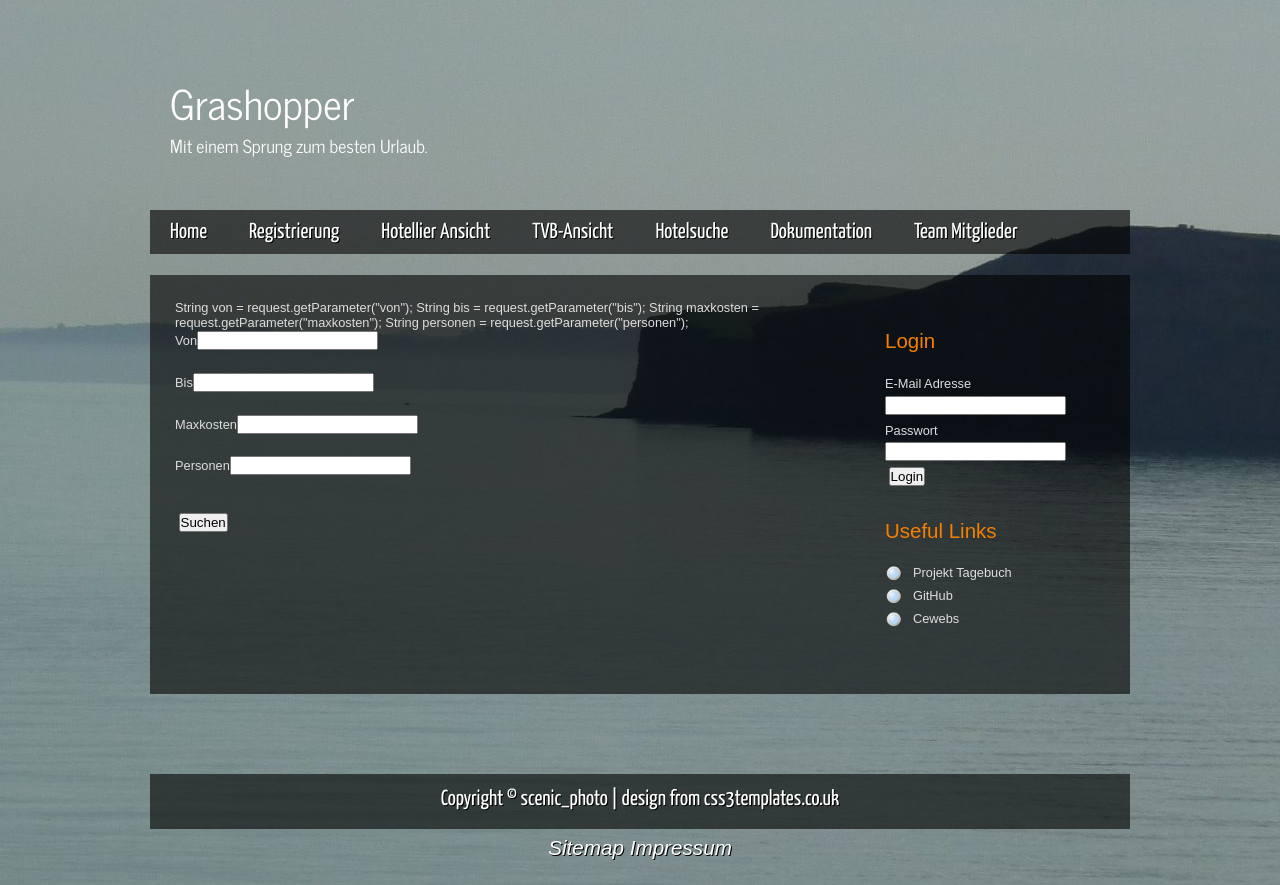
Repository: swe2013hotel2/grashopper
Page: http://localhost/Grasshopper/SearchPage.jsp
These files come from the project's save history. The page is drawn as it stood at one moment and after the next save; the edit follows.
The browser window is 1280 px wide. The pictures show the whole page.
Backgrounds fixed to the window are drawn as part of the page. The page is served by Tomcat 9. Other server files are loaded and not shown.

Above is the page before, as saved 2013-12-11 11:21:39.
Console error: ReferenceError: jQuery is not defined

### workspaceJSP2/Grasshopper/WebContent/SearchPage.jsp
<%@include file="header_template.jsp" %>



 <form action="SearchPage" action="SearchPage" method="post">

			String von = request.getParameter("von");
			String bis = request.getParameter("bis");
			String maxkosten = request.getParameter("maxkosten");
			String personen = request.getParameter("personen");

         <p><span>Von</span><input type="text" name="von" value="" /></p>
		 <p><span>Bis</span><input type="text" name="bis" value="" /></p>
       	 <p><span>Maxkosten</span><input type="text" name="maxkosten" value="" /></p>
      	 <p><span>Personen</span><input type="text" name="personen" value="" /></p>

        <p style="padding-top: 15px"><span>&nbsp;</span><input class="submit" type="submit" name="name" value="Suchen" onclick="redirect()"></p>

    </form>

<%@include file="footer_template.jsp" %>

### workspaceJSP2/Grasshopper/WebContent/header_template.jsp


<%String activePage = (String)request.getParameter("activePage"); %>

     <!DOCTYPE HTML>
<html>

<head>
  <title>Grashopper</title>
  <meta name="description" content="website description" />
  <meta name="keywords" content="website keywords, website keywords" />
  <meta http-equiv="content-type" content="text/html; charset=UTF-8" />
  <link rel="stylesheet" type="text/css" href="./css/style.css" />
  <!-- modernizr enables HTML5 elements and feature detects -->
  <script type="text/javascript" src="js/modernizr-1.5.min.js"></script>

</head>

<body>
  <div id="main">
    <header>
      <div id="logo">
        <div id="logo_text">
          <!-- class="logo_colour", allows you to change the colour of the text -->
          <h1><a href="index.jsp"> Grashopper </a></h1>
          <h2>Mit einem Sprung zum besten Urlaub.</h2>
        </div>
      </div>
      <nav>
        <div id="menu_container">
          <ul class="sf-menu" id="nav">

            <%if(activePage!=null && activePage.equals("index")) {%>
            	 <li><a href="index.jsp"  class="highlighted">Home</a></li>
            <%}
            else{ %>
             	<li><a href="index.jsp"  >Home</a></li>
            <%} %>

<%-- ------------------------------------------------------------------------------------------------------ --%>

            <%if(activePage!=null && activePage.equals("Registrierung")) {%>
            	<li><a href="Registrierung.jsp" class="highlighted">Registrierung</a></li>
            <%}
            else{ %>
             	<li><a href="Registrierung.jsp" >Registrierung</a></li>
            <%} %>
<%-- ------------------------------------------------------------------------------------------------------ --%>

            <%if(activePage!=null && activePage.equals("Hotellieransicht")) {%>
            	  <li><a href="Hotellieransicht.jsp" class="highlighted" >Hotellier Ansicht</a></li>
            <%}
            else{ %>
             	 <li><a href="Hotellieransicht.jsp" >Hotellier Ansicht</a></li>
            <%} %>
 <%-- ------------------------------------------------------------------------------------------------------ --%>

            <%if(activePage!=null && activePage.equals("TVBAnsicht")) {%>
            	  <li><a href="TVBansicht.jsp" class="highlighted" >TVB-Ansicht</a></li>
            <%}
            else{ %>
             	 <li><a href="TVBansicht.jsp" >TVB-Ansicht</a></li>
            <%} %>
 <%-- ------------------------------------------------------------------------------------------------------ --%>

            <%if(activePage!=null && activePage.equals("Hotelsuche")) {%>
            	  <li><a href="Hotelsuche.jsp"  >Hotelsuche</a></li>
            <%}
            else{ %>
             	 <li><a href="Hotelsuche.jsp"  >Hotelsuche</a></li>
            <%} %>
 <%-- ------------------------------------------------------------------------------------------------------ --%>



            <li><a href="#">Dokumentation</a>
              <ul>
                <li><a href="Projektplanung.pdf" target="_blank" >Projekt Planung</a></li>
                <li><a href="#">Projekt Details</a>
                  <ul>
                    <li><a href="Usecase_Diagramm.png">Use Case Diagramm</a></li>
                    <li><a href="Anforderungsanalyse.pdf">Anforderungsanalyse</a></li>

                    <li><a href="designmodell.pdf">Designmodell</a></li>
                  </ul>
                </li>
                <li><a href="#">Präsentationen</a>
                  <ul>
                    <li><a href="Presentation1.pdf">Präsentation 1</a></li>
                    <li><a href="Presentation2.pdf">Präsentation 2</a></li>
                    <li><a href="Presentation3.pdf">Präsentation 3</a></li>
                  </ul>
                </li>
                <li><a href="#">JDoc</a></li>
              </ul>
 <%-- ------------------------------------------------------------------------------------------------------ --%>

            <%if(activePage!=null && activePage.equals("Teammitglieder")) {%>
            	  <li><a href="Teammitglieder.jsp" class="highlighted" >Team Mitglieder</a></li>
            <%}
            else{ %>
             	 <li><a href="Teammitglieder.jsp" >Team Mitglieder</a></li>
            <%} %>
 <%-- ------------------------------------------------------------------------------------------------------ --%>

             </ul>
        </div>
      </nav>

    </header>
    <div id="site_content">
      <div id="sidebar_container">
        <div class="sidebar">
     		<%
     		String username=(String)session.getAttribute("username");
			if (username==null) {
			%>
				<jsp:include page="LoginForm.jsp" />
			<%
			} else { %>
				<jsp:include page="LogoutForm.jsp" />
			<%}
			%>

        </div>
        <div class="sidebar">
          <h2>Useful Links</h2>
          <ul>
            <li><a href="https://docs.google.com/spreadsheet/ccc?key=0AmtJOQ9DhchzdHJyaGRUaFpfZE9ydktJZmpzSjI2ZVE#gid=0">Projekt Tagebuch</a></li>
            <li><a href="https://github.com/swe2013hotel2/grashopper">GitHub</a></li>
            <li><a href="https://cewebs.cs.univie.ac.at/SWE/ws13/index.php?t=uebung">Cewebs</a></li>
          </ul>
        </div>
      </div>

### workspaceJSP2/Grasshopper/WebContent/footer_template.jsp
</div>
 </div>
    <footer>
      <p>Copyright &copy; scenic_photo | <a href="http://www.css3templates.co.uk">design from css3templates.co.uk</a></p>
      <p><h6><a href="#">Sitemap</a>   <a href="#">Impressum</a></h6></p>
    </footer>
  </div>
  <p>&nbsp;</p>
  <!-- javascript at the bottom for fast page loading -->

  <script type="text/javascript" src="js/jquery.easing-sooper.js"></script>
  <script type="text/javascript" src="js/jquery.sooperfish.js"></script>
  <script type="text/javascript">
    $(document).ready(function() {
      $('ul.sf-menu').sooperfish();

		$("#datepicker").datepicker({
			beforeShowDay: function(date) {
				var date1 = $.datepicker.parseDate($.datepicker._defaults.dateFormat, $("#input1").val());
				var date2 = $.datepicker.parseDate($.datepicker._defaults.dateFormat, $("#input2").val());
				return [true, date1 && ((date.getTime() == date1.getTime()) || (date2 && date >= date1 && date <= date2)) ? "dp-highlight" : ""];
			},
			onSelect: function(dateText, inst) {
				var date1 = $.datepicker.parseDate($.datepicker._defaults.dateFormat, $("#input1").val());
				var date2 = $.datepicker.parseDate($.datepicker._defaults.dateFormat, $("#input2").val());
				if (!date1 || date2) {
					$("#input1").val(dateText);
					$("#input2").val("");
					$(this).datepicker("option", "minDate", dateText);
				} else {
					$("#input2").val(dateText);
					$(this).datepicker("option", "minDate", null);
				}
			}
		});
		$("#form").validationEngine();
    });
</script>
</body>
</html>

### workspaceJSP2/Grasshopper/WebContent/LoginForm.jsp
<h2>Login</h2>
<form name="loginform" action="Login" method="post">
<p style="padding-top: 0px; padding-bottom: 3px"><span >E-Mail Adresse<br></span><input type="text" name="username" value="" /></p>
<p style="padding-top: 0px; padding-bottom: 3px"><span >Passwort<br></span><input type="password" name="password" value="" /></p>
<p style="padding-top: 0px; padding-bottom: 0px"><span>&nbsp;</span><input class="submit" type="submit" name="name" value="Login" /></p>
</form>

### workspaceJSP2/Grasshopper/WebContent/css/style.css
@font-face {
  font-family: Yanone Kaffeesatz;
    src: url('../fonts/YanoneKaffeesatz-Regular.eot');
    src: local("Yanone Kaffeesatz"), url('../fonts/YanoneKaffeesatz-Regular.ttf');
}

@font-face {
  font-family: News Cycle;
    src: url('../fonts/NewsCycle-Regular.eot');
    src: local("News Cycle"), url('../fonts/NewsCycle-Regular.ttf');
}

html {
  height: 100%;
}

* {
  margin: 0;
  padding: 0;
}

/* tell the browser to render HTML 5 elements as block */
article, aside, figure, footer, header, hgroup, nav, section {
  display:block;
}

body {
  font: normal .80em arial, sans-serif;
  background: #FFF url(../images/back.jpg) no-repeat center fixed;
  color: #DDD;
}

p {
  padding: 0 0 20px 0;
  line-height: 1.7em;
}

img {
  border: 0;
}

h1, h2, h3, h4, h5, h6 {
  color: #362C20;
  letter-spacing: 0em;
  padding: 0 0 5px 0;
}

h1, h2, h3 {
  font: normal 140% arial, sans-serif;
  margin: 0 0 15px 0;
  padding: 15px 0 5px 0;
  color: #FFF;
}

h2 {
  font-size: 160%;
  padding: 9px 0 5px 0;
  color: #F67F00;
}

h3 {
  font-size: 140%;
  padding: 5px 0 0 0;
}

h4, h6 {
  color: #F67F00;
  padding: 0 0 5px 0;
  font: normal 150% 'Yanone kaffeesatz', arial, sans-serif;
}

h5, h6 {
  color: #888;
  font: italic 95% arial, sans-serif;
  letter-spacing: normal;
  padding: 0 0 15px 0;
}

a, a:hover {
  outline: none;
  text-decoration: underline;
  color: #09D4FF;
}

a:hover {
  text-decoration: none;
}

blockquote {
  margin: 20px 0;
  padding: 10px 20px 0 20px;
  border: 1px solid #E5E5DB;
  background: #FFF;
}

ul {
  margin: 2px 0 22px 17px;
}

ul li {
  list-style-type: circle;
  margin: 0 0 6px 0;
  padding: 0 0 4px 5px;
  line-height: 1.5em;
}

ol {
  margin: 8px 0 22px 20px;
}

ol li {
  margin: 0 0 11px 0;
}

.left {
  float: left;
  width: auto;
  margin-right: 10px;
}

.right {
  float: right;
  width: auto;
  margin-left: 10px;
}

.center {
  display: block;
  text-align: center;
  margin: 20px auto;
}

#main, nav, #container, #logo, #site_content, footer {
  margin-left: auto;
  margin-right: auto;
}

#main {
  margin: 50px auto;
  width: 980px;
  padding-bottom: 30px;
}

header {
  background: transparent;
  height: 225px;

}

#logo {
  width: 330px;
  float: left;
  height: 100px;
  color: #888;
  padding: 20px;
  margin-bottom: 20px;
}

#logo h1, #logo h2 {
  font: normal 320% 'News Cycle', arial, sans-serif;
  border-bottom: 0;
  text-transform: none;
  margin: 0;
}

#logo_text h1, #logo_text h1 a, #logo_text h1 a:hover {
  padding: 0;
  color: #FFF;
  text-decoration: none;
}

#logo_text h1 a .logo_colour {
  color: #09D4FF;
}

#logo_text a:hover .logo_colour {
  color: #FFF;
}

#logo_text h2 {
  font-size: 140%;
  padding: 0 0 0 0;
  color: #FFF;
}

nav {
  float: left;
  height: 44px;
  width: 980px;
  margin: 0 auto 0 auto;
  color: #FFF;
  background: transparent url(../images/transparent.png);
}

#menu_container {
  width: 980px;
  margin: 0 auto 0 auto;
}




#site_content {
  width: 930px;
  overflow: hidden;
  margin: 0px auto 0 auto;
  padding: 25px;
  background: transparent url(../images/transparent.png);
}

#sidebar_container {
  float: right;
  width: 224px;
  padding: 20px 5px 0 0;
}


.sidebar {
  float: right;
  width: 200px;
  margin: 0 0 17px 0;
  padding: 0 15px 5px 13px;
}

.sidebar h3, .content h1 {
  padding: 0 15px 20px 0;
  font: 200% 'News Cycle', arial, sans-serif;
  text-shadow:  #000 1px 1px;
  margin: 0 1px;
  color: #FFF;
}

.sidebar h3 {
  padding: 0 15px 14px 0;
  color: #FFF;
  font: 230% 'News Cycle', arial, sans-serif;
}

.sidebar ul {
  margin: 0 0 15px 0;
}

.sidebar li a, .sidebar li a:hover {
  color: #DDD;
  text-decoration: none;
}

.sidebar li a:hover {
  text-decoration: underline;
}

.sidebar_item, .content_item {
  padding: 15px 0;
}

.paperclip {
  float: left;
  position: relative;
  z-index: 0;
  vertical-align: middle;
  margin: -15px 0 -60px -40px;
}

.content {
  text-align: left;
  width: 630px;
  margin: 0 0 15px 0;
  float: left;
  font-size: 120%;
  padding: 14px 0 0 0;
}

.content ul {
  margin: 2px 0 22px 0px;
}

.content ul li, .sidebar ul li {
  list-style-type: none;
  background: url(../images/bullet.png) no-repeat;
  margin: 0 0 0 0;
  padding: 0 0 4px 28px;
  line-height: 1.5em;
}

.register_menu_container {
  text-align: left;
  width: 630px;
  margin: 0 0 15px 0;
  float: left;
  font-size: 120%;
  padding: 14px 0 0 0;
}


.register_menu_container ul{
  margin: 2px 0 22px 0px;
}

.register_menu_container ul li{
  list-style-type: none;
  margin: 0 0 0 0;
  padding: 0 0 4px 28px;
  line-height: 1.5em;
}

footer {
  width: 980px;
  font: 170% 'Yanone Kaffeesatz', arial, sans-serif;
  text-shadow: 1px 1px #000;
  height: 30px;
  padding: 5px 0 20px 0;
  text-align: center;
  color: #FFF;
  margin-top: 25px;
  background: transparent url(../images/transparent.png);
}

footer p {
  line-height: 1.7em;
  padding: 0 0 10px 0;
}

footer a {
  color: #FFF;
  text-decoration: none;
}

footer a:hover {
  color: #FFF;
  text-decoration: underline;
}

.form_settings {
  margin: 15px 0 0 0;
}


.form_settings p {
  padding: 0 0 4px 0;
}

.form_settings span {
  float: left;
  width: 200px;
  text-align: left;
}

.form_settings input, .form_settings textarea {
  padding: 5px;
  width: 299px;
  font: 100% arial;
  border: 1px solid #C6E7F0;
  background: #EFF8FB;
  color: #47433F;
  border-radius: 7px 7px 7px 7px;
  -moz-border-radius: 7px 7px 7px 7px;
  -webkit-border: 7px 7px 7px 7px;
}

.form_settings .submit {
  font: 140% 'Yanone Kaffeesatz', arial, sans-serif;
  border: 0;
  width: 99px;
  margin: 0 0 0 212px;
  height: 33px;
  padding: 2px 0 3px 0;
  cursor: pointer;
  background: #1EC9F4;
  -webkit-border-radius: .5em .5em .5em .5em ;
  -moz-border-radius: .5em .5em .5em .5em ;
  border-radius: .5em .5em .5em .5em ;
  -webkit-box-shadow: 0 1px 2px rgba(0,0,0,.2);
  -moz-box-shadow: 0 1px 2px rgba(0,0,0,.2);
  box-shadow: 0 1px 2px rgba(0,0,0,.2);
  color: #FFF;
  border: solid 1px #0D8AA9;
  background: #46C4DD;
  background: -webkit-gradient(linear, left top, left bottom, from(#63CFDF), to(#17B2D9));
  background: -moz-linear-gradient(top,  #63CFDF,  #17B2D9);
  text-shadow: 1px 1px #178497;
}

.form_settings textarea, .form_settings select {
  font: 100% arial;
  width: 299px;
}

.form_settings select {
  width: 310px;
}



.form_settings .checkbox {
  margin: 4px 0;
  padding: 0;
  width: 14px;
  border: 0;
  background: none;
}

.separator {
  width: 100%;
  height: 0;
  border-top: 1px solid #D9D5CF;
  border-bottom: 1px solid #FFF;
  margin: 0 0 20px 0;
}

table {
  margin: 10px 0 30px 0;
}

table tr th, table tr td {
  background: #70D4E6;
  color: #FFF;
  padding: 7px 4px;
  text-align: left;
}

table tr td {
  background: #D3F2F7;
  color: #47433F;
  border-top: 1px solid #FFF;
}





/**
Stylesheet for SooperFish by www.SooperThemes.com
Author: Jurriaan Roelofs
**/

/* Configuration of menu width */
html body ul.sf-menu ul,html body ul.sf-menu ul li {
  width: 200px;
}

html body ul.sf-menu ul ul {
  margin: 0 0 0 200px;
}

/* Framework for proper showing/hiding/positioning */
ul.sf-menu,ul.sf-menu * {
  margin: 0;
  padding: 0;
}

ul.sf-menu {
  display: block;
  position: relative;
}

ul.sf-menu li {
  display: block;
  list-style: none;
  float: left;
  position: relative;
}

ul.sf-menu li:hover {
  visibility: inherit; /* fixes IE7 'sticky bug' */
}

ul.sf-menu a {
  display: block;
  position: relative;
}

ul.sf-menu ul {
  position: absolute;
  left: 0;
  width: 150px;
  top: auto;
  left: -999999px;
}

ul.sf-menu ul a {
  zoom: 1; /* IE6/7 fix */
}

ul.sf-menu ul li {
  float: left; /* Must always be floated otherwise there will be a rogue 1px margin-bottom in IE6/7 */
  width: 150px;
}

ul.sf-menu ul ul {
  top: 0;
  margin: 0 0 0 150px;
}

ul.sf-menu li:hover ul,ul.sf-menu li:focus ul,ul.sf-menu li.sf-hover ul,
ul.sf-menu ul li:hover ul,ul.sf-menu ul li:focus ul,ul.sf-menu ul li.sf-hover ul,
ul.sf-menu ul ul li:hover ul,ul.sf-menu ul ul li:focus ul,ul.sf-menu ul ul li.sf-hover ul,
ul.sf-menu ul ul ul li:hover ul,ul.sf-menu ul ul ul li:focus ul,ul.sf-menu ul ul ul li.sf-hover ul {
  left: auto;
}

ul.sf-menu li:hover ul ul,ul.sf-menu li:focus ul ul,ul.sf-menu li.sf-hover ul ul,
ul.sf-menu ul li:hover ul ul,ul.sf-menu ul li:focus ul ul,ul.sf-menu ul li.sf-hover ul ul,
ul.sf-menu ul ul li:hover ul ul,ul.sf-menu ul ul li:focus ul ul,ul.sf-menu ul ul li.sf-hover ul ul,
ul.sf-menu ul ul ul li:hover ul ul,ul.sf-menu ul ul ul li:focus ul ul,ul.sf-menu ul ul ul li.sf-hover ul ul {
  left: -999999px;
}

/* autoArrows CSS */
span.sf-arrow {
  width: 7px;
  height: 7px;
  position: absolute;
  top: 20px;
  right: 5px;
  display: block;
  background: url(../images/arrows-white.png) no-repeat 0 0;
  overflow: hidden; /* making sure IE6 doesn't overflow and expand the box */
  font-size: 1px;
}

ul ul span.sf-arrow {
  right: 10;
  top: 20px;
  background-position: 0 100%;
}

/* Theming the menu */
ul#nav {
  float: left;
}

ul#nav ul {
  background: #0DBBD5;
  margin-top: 5px;
  padding-bottom: 15px;
}

ul#nav li a {
  padding:7px 20px 6px 20px;
  font: 170% 'Yanone Kaffeesatz', arial, sans-serif;
  text-shadow: 1px 1px #000;
  text-decoration: none;
  color: #FFF;
  margin-right: 2px;
}

ul#nav li a.highlighted {
  padding:7px 20px 6px 20px;
  font: 170% 'Yanone Kaffeesatz', arial, sans-serif;
  text-shadow: 1px 1px #000;
  text-decoration: none;
  color: #F67F00;
  margin-right: 2px;
}




ul#nav li a:hover,ul#nav li a:focus {
  color: #0DBBD5;
  text-shadow: none;
}

ul#nav ul li a:hover,ul#nav ul li a:focus {
  color: #222;
  text-shadow: none;
}



/* Theming the menu */
ul#nav2 {
  float: left;
}

ul#nav2 ul {
  background: #0DBBD5;
  margin-top: 5px;
  padding-bottom: 15px;
}

ul#nav2 li a {
  padding:7px 20px 6px 20px;
  font: 170% 'Yanone Kaffeesatz', arial, sans-serif;
  text-shadow: 1px 1px #000;
  text-decoration: none;
  color: #FFF;
  margin-right: 2px;
}

ul#nav2 li a.highlighted {
  padding:7px 20px 6px 20px;
  font: 170% 'Yanone Kaffeesatz', arial, sans-serif;
  text-shadow: 1px 1px #000;
  text-decoration: none;
  color: #F67F00;
  margin-right: 2px;
}

.highlighted{
	color: #F67F00;
}

ul#nav2 li a:hover,ul#nav li a:focus {
  color: #0DBBD5;
  text-shadow: none;
}

ul#nav2 ul li a:hover,ul#nav ul li a:focus {
  color: #222;
  text-shadow: none;
}





div#result_row{
	width: 600px;
	height: 120px;
	color: #888;
	padding: 0px;
	margin-bottom: 0px;
}

.resultcolumn img{
	height: 90px;
	width: auto;
	padding: 5px;
}
div.resultcolumn{
	float: left;
	height: 100px;
	width: 30%;
	padding: 10px;
}



div#result_row ul {
	height: 50px;
	width: auto;
	padding: 0 0 0 0;
}

.result_column ul {
	height: 50px;
	width: 80px;
	padding: 0 0 0 0;
	text-align: center;
}

.result_column h2 {
	font-size: 140%;
	padding: 0 0 0 0;
	padding-bottom: 0px;
	margin-left: 20px;
}

.result_column a{
	text-decoration: none;
	color: black;
	font-weight: bold;
}

.result_column ul li{
	text-decoration: none;
	list-style: none;
	witdh: 30px;
	height: 15px;
	color: #b97801;
	border-style: solid;
	border-color: orange;
	border-radius: 3px;
	background-color: orange;
}

#detail_foto{
	float: left;
	height: 240px;
	width: 50%;
	padding: 0 0 0 0 ;
	margin-top: 20px;
}

#detail_foto img{
	width: 80%;
	height: auto;
	padding:0 0 0 0;
}

#detail_summary{
	float: left;
	height: 240px;
	width: 50%;
	margin-top: 20px;
}

a.actionbutton{
	text-decoration: none;
	float: right;
	padding: 5px;
	background-color: orange;
	margin: 10px;
	color: black;
	border-radius: 3px;
}
a.actionbutton{
	text-decoration: none;
	float: left;
	padding: 5px;
	background-color: orange;
	margin: 10px;
	color: black;
	border-radius: 3px;
}
a.deactivatedbutton{
	text-decoration: none;
	float: left;
	padding: 5px;
	background-color: lightgrey;
	margin: 10px;
	color: grey;
	border-radius: 3px;
}

div.statistic_bar
{
	background-color: blue;
	height: 15px;
	padding-top:2px;
	padding-bottom:2px;
}

#description_container{
	float: left;
	width: 95%;
	margin-top: 20px;
	margin-left: 20px;
}

Loaded but not shown: workspaceJSP2/Grasshopper/WebContent/js/modernizr-1.5.min.js (library); workspaceJSP2/Grasshopper/WebContent/js/jquery.easing-sooper.js (library); workspaceJSP2/Grasshopper/WebContent/js/jquery.sooperfish.js (library)

After the next save:
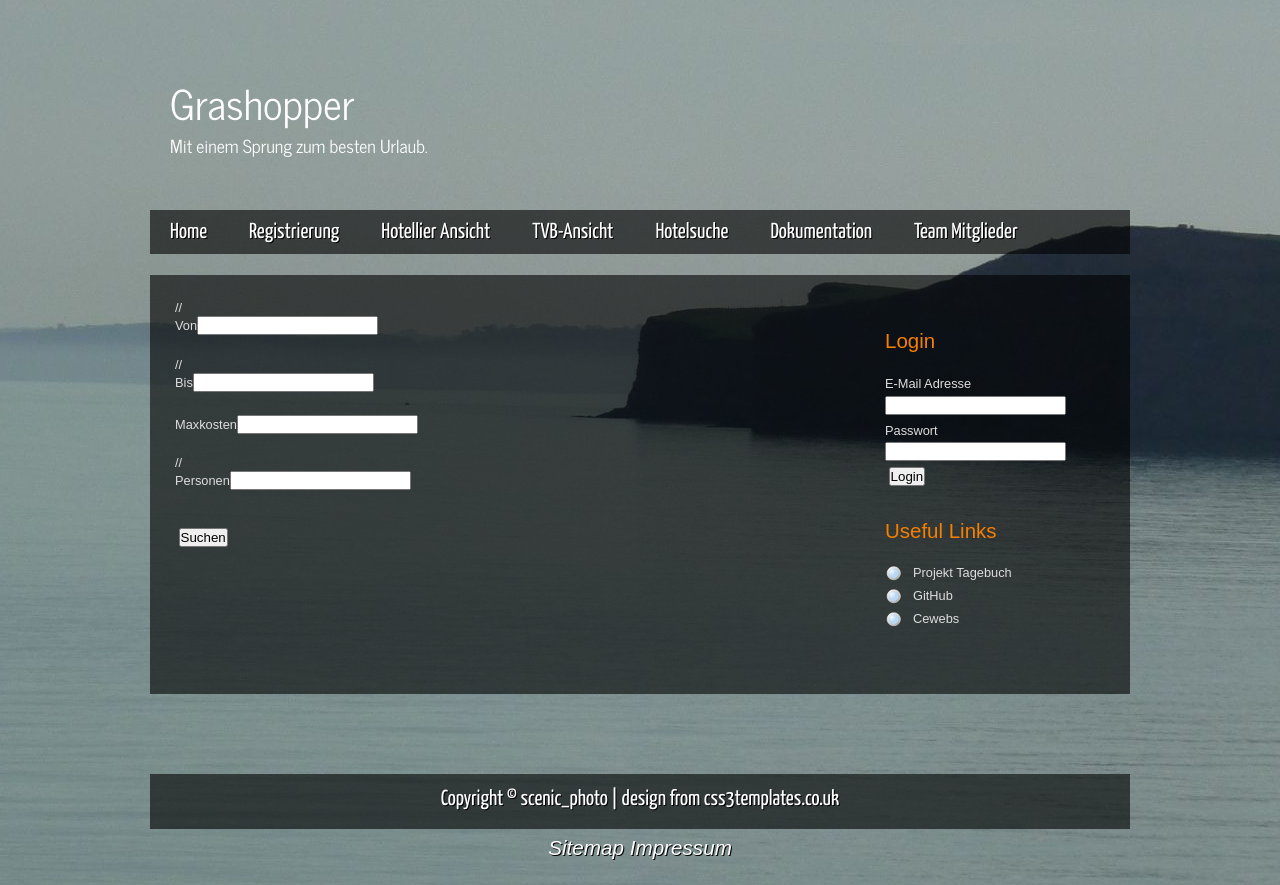
Saved 24 s later.
--- a/workspaceJSP2/Grasshopper/WebContent/SearchPage.jsp
+++ b/workspaceJSP2/Grasshopper/WebContent/SearchPage.jsp
@@ -4,15 +4,12 @@
 
  <form action="SearchPage" action="SearchPage" method="post">
 
-			String von = request.getParameter("von");
-			String bis = request.getParameter("bis");
-			String maxkosten = request.getParameter("maxkosten");
-			String personen = request.getParameter("personen");
 
-         <p><span>Von</span><input type="text" name="von" value="" /></p>
-		 <p><span>Bis</span><input type="text" name="bis" value="" /></p>
-       	 <p><span>Maxkosten</span><input type="text" name="maxkosten" value="" /></p>
-      	 <p><span>Personen</span><input type="text" name="personen" value="" /></p>
+
+      //   <p><span>Von</span><input type="text" name="von" value="" /></p>
+		// <p><span>Bis</span><input type="text" name="bis" value="" /></p>
+       	<p><span>Maxkosten</span><input type="text" name="maxkosten" value="" /></p>
+      	 //<p><span>Personen</span><input type="text" name="personen" value="" /></p>
 
         <p style="padding-top: 15px"><span>&nbsp;</span><input class="submit" type="submit" name="name" value="Suchen" onclick="redirect()"></p>
 
